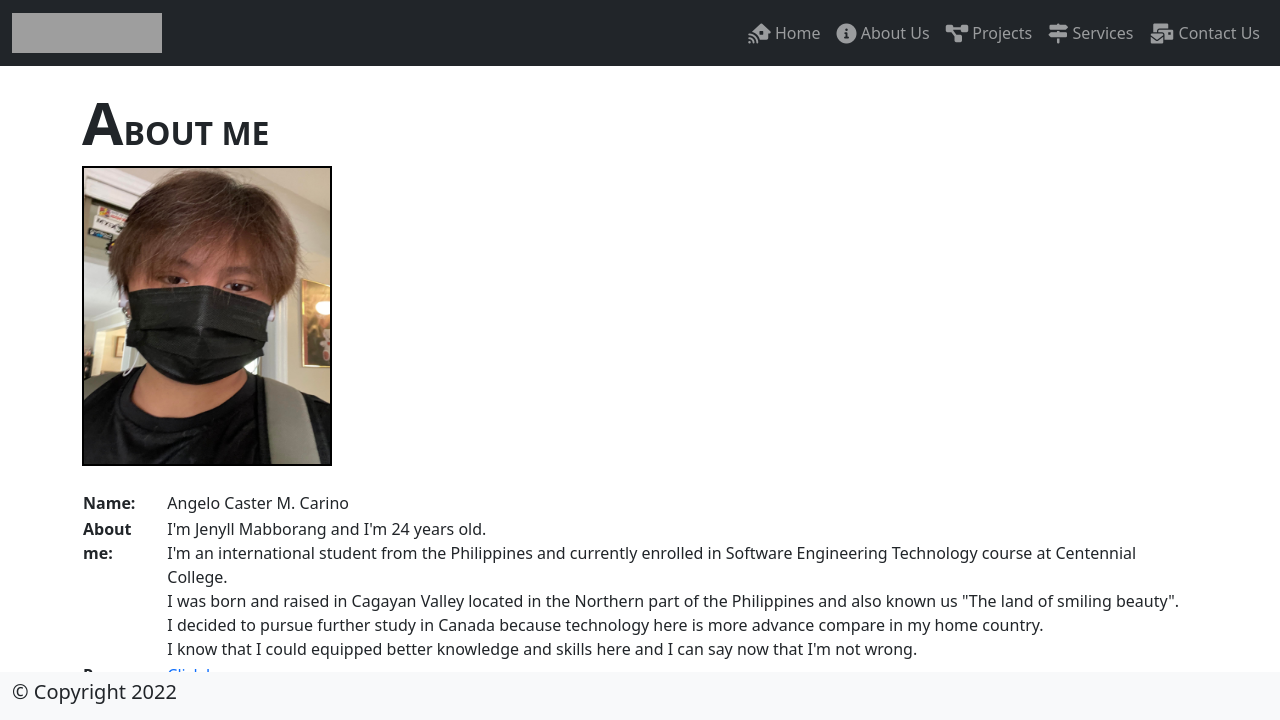
Repository: acarino4/Express-Portfolio-Site
Page: http://localhost/about
An editor plug-in stored every save of this project. The page is shown before and after the next save, followed by the edit.
The browser window is 1280 px wide. The pictures show the whole page.
Pictures or frames that could not be fetched are drawn as grey boxes. The page is served by the project's Node server (server.js).

Above is the page before, as saved 2022-10-08 18:28:30.

After the next save:
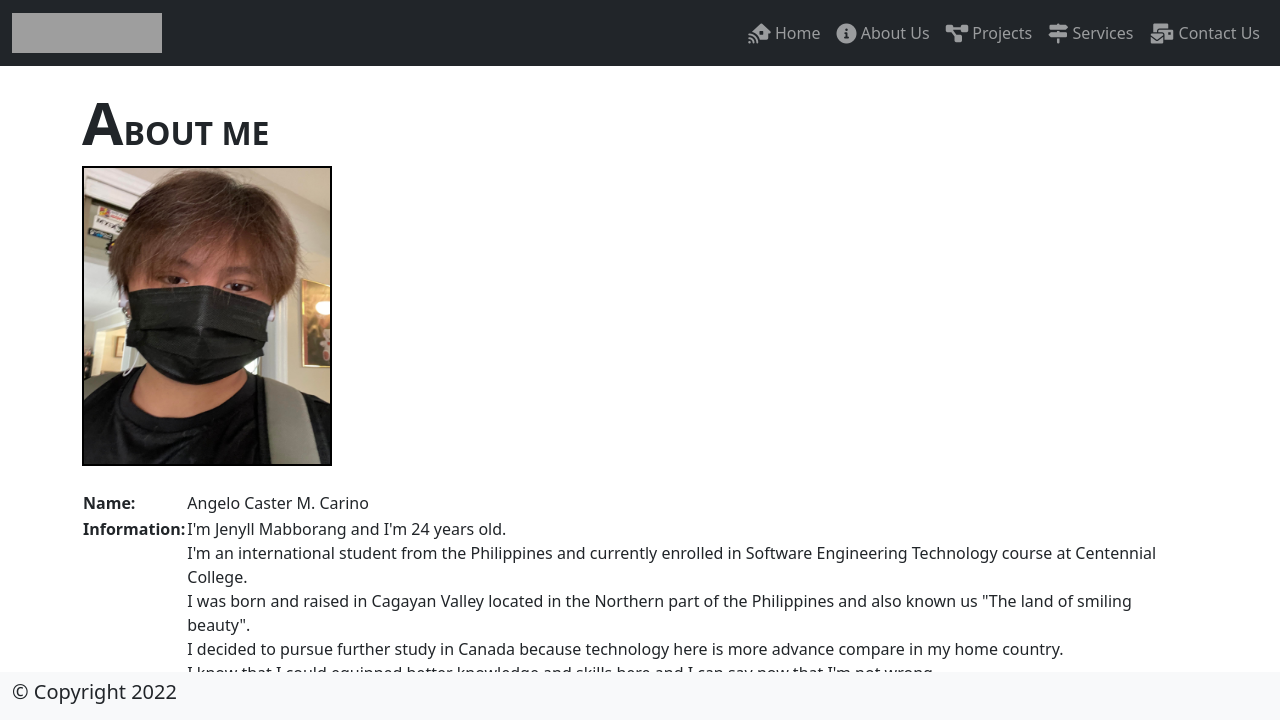
Saved 39 s later.
--- a/Server/Views/content/about.ejs
+++ b/Server/Views/content/about.ejs
@@ -18,7 +18,7 @@
 
         <tr>
             <!-- Short paragraph of who I am -->
-            <td valign="top"><strong> About me: </strong> </td>
+            <td valign="top"><strong> Information: </strong> </td>
             <td>I'm Jenyll Mabborang and I'm 24 years old.<br>
                 I'm an international student from the Philippines and currently enrolled in
                 Software Engineering Technology course at Centennial College. <br>
